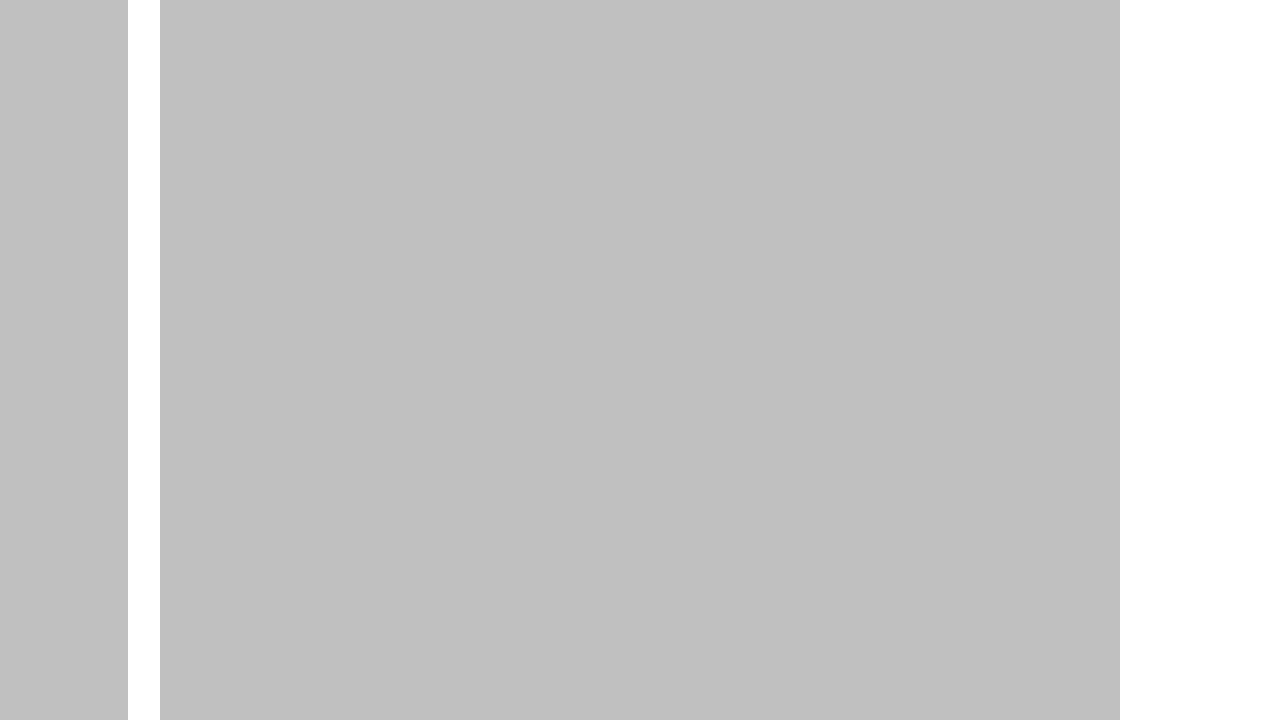
Repository: OrionDevelopers/projectwall
Page: http://localhost/slidePresenter.php
The author's editor kept a copy of each file at every save. The page is drawn from the files as they stood at one save, then again after the next save.
The browser window is 1280 px wide. The pictures show the whole page.
The page is run by PHP 8.4 with error messages shown; the project is at /var/www/html/.

Above is the page before, as saved 2013-04-20 16:24:34.

### slidePresenterPrototype2/presenterPrototype2/slidePresenter.php
<!DOCTYPE html>
<html>
	<head>
		<title>Slide Presenter </title>
		<link href="css/slidePresenter.css" rel="stylesheet"/>
		<script src="js/kinetic-v4.4.1.js" type="text/javascript"></script>
		<script src="js/slidePresenter.js" type="text/javascript"></script>
	</head>
	<body>
		<div id='menuBar'></div>
		<div id='container'></div>
	</body>
</html>

### slidePresenterPrototype2/presenterPrototype2/css/slidePresenter.css
*{
	padding:0px;
	margin:0px;
}
body,html{
	height:100%;
	width:100%;
}
#menuBar{
	float:left;
	height:100%;
	width:10%;
	background-color: silver;
}
#container{
	height:100%;
	width:75%;

	margin-left:auto;
	margin-right:auto;
	background-color:silver;
}

Loaded but not shown: slidePresenterPrototype2/presenterPrototype2/js/kinetic-v4.4.1.js (library); slidePresenterPrototype2/presenterPrototype2/js/slidePresenter.js (no copy from this time; the picture is the same without it)

After the next save:
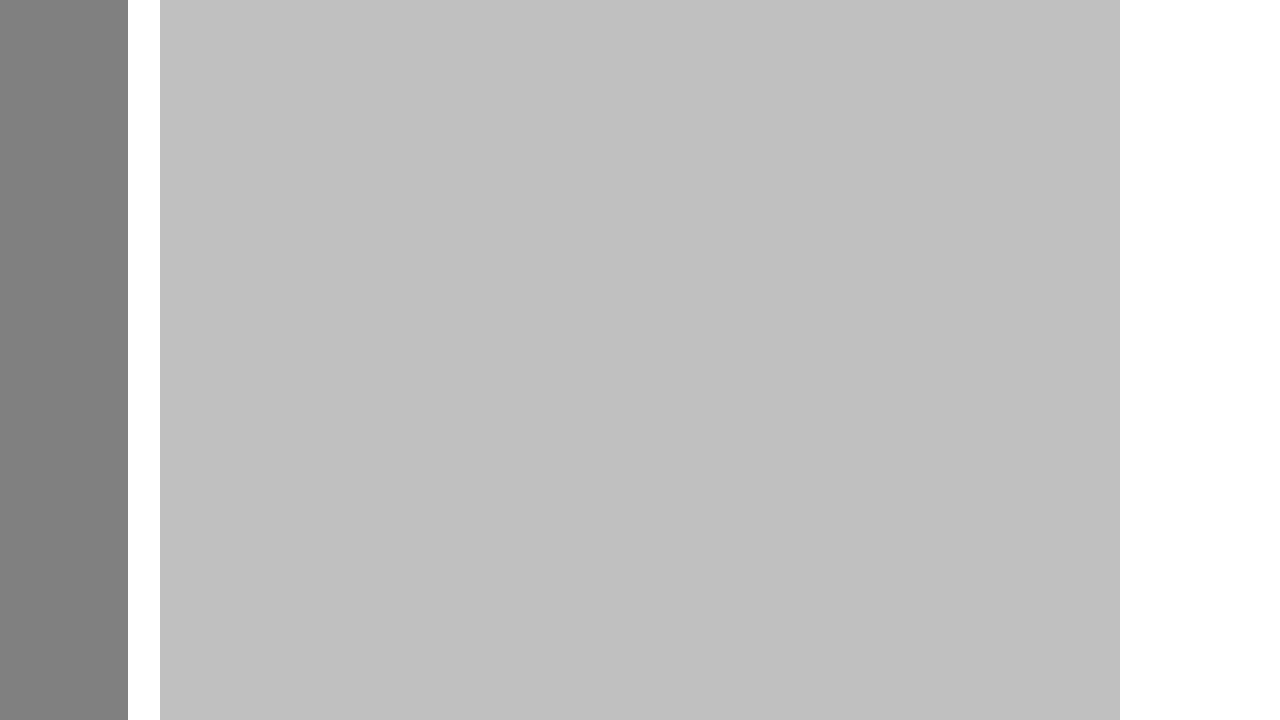
Saved 11 s later.
--- a/slidePresenterPrototype2/presenterPrototype2/css/slidePresenter.css
+++ b/slidePresenterPrototype2/presenterPrototype2/css/slidePresenter.css
@@ -10,7 +10,7 @@ body,html{
 	float:left;
 	height:100%;
 	width:10%;
-	background-color: silver;
+	background-color: gray;
 }
 #container{
 	height:100%;
